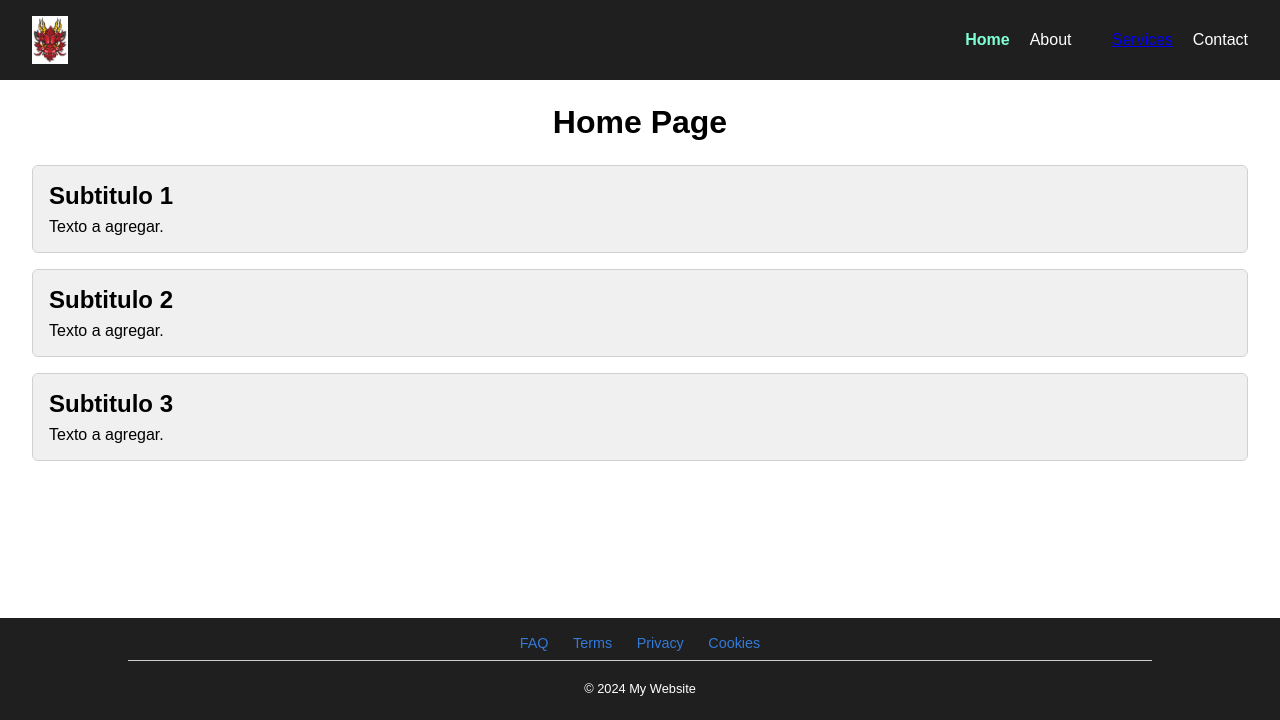
Repository: andreamm-lab/basic-navigation-example-2025-10
Page: index.html
These files come from the project's save history. The page is drawn as it stood at one moment and after the next save; the edit follows.
The browser window is 1280 px wide. The pictures show the whole page.

Above is the page before, as saved 2025-11-06 23:57:24.

### index.html
<!DOCTYPE html>
<html lang="en">
<head>
    <meta charset="UTF-8">
    <meta name="viewport" content="width=device-width, initial-scale=1.0">
    <title>Basic Nav Example</title>
    <link rel="stylesheet" href="./main.css">
</head>
<body>
    <header>
        <!-- Primary navigation -->
        <nav aria-label="Primary navigation">
            <a href="index.html">
                <img src="images/dragon.png" alt="Dragon logo">
            </a>
            <ul>
                <li><a href="index.html" class="current">Home</a></li>
                <li><a href="pages/about.html">About</a></li>
                <li id="services-li"></li>
                    <a href="pages/services.html">Services</a>
                <ul id="services menu" style="position: absolute"></ul>
                </li>
                <li><a href="pages/contact.html">Contact</a></li>
            </ul>
        </nav>
    </header>

    <main class="home-main">
        <h1 id="page-title">Home Page</h1>

        <div class="card-grid">
            <article class="card">
                <h2>Subtitulo 1</h2>
                <p>Texto a agregar.</p>
            </article>
            <article class="card">
                <h2>Subtitulo 2</h2>
                <p>Texto a agregar.</p>
            </article>
            <article class="card">
                <h2>Subtitulo 3</h2>
                <p>Texto a agregar.</p>
            </article>
        </div>
    </main>

    <!-- Footer navigation -->
    <footer id="main-footer">
        <nav aria-label="Footer navigation">
            <ul>
                <li><a href="#">FAQ</a></li>
                <li><a href="#">Terms</a></li>
                <li><a href="#">Privacy</a></li>
                <li><a href="#">Cookies</a></li>
            </ul>
        </nav>

        <hr class="footer-line">

        <p>© 2024 My Website</p>
    </footer>
</body>
</html>

### main.css
/* 0.---------------------- General Setup ---------------------- */

*  {
    Box-sizing: border-box; /* How to calculate dimensiones */
    Margin: 0; /* Distance beetween words */
    Padding: 0; /* Allow bullepoint to be visible */
}

/* All Font Page */
Body {
    Font-family: Arial, Helvetica, sans-serif;
    Background-color: #ffffff;
    Color: #000;
    Min-height: 100vh;
    Display: flex;
    Flex-direction: column;
}

Main {
    Flex: 1;
}

/* 1.---------------------- Header - Upper Menu - Encabezado ---------------------- */

/* background box and colors */
/* In Practice class: nav: means both header and footer
nav {
    padding: 10px 10px;
    min-height: 80px;
    background-color: #1F1F1F;
}
*/

/* Dimensions */
Header nav {
    Padding: 10px 32px;
    Min-height: 80px;
    Background-color: #1F1F1F;
    Display: flex; /*added*/
    Align-items: center;           /* vertical */
    Justify-content: space-between; /* separates logo and menu */
}

/* Icon - Image */
Header nav img {
    Max-height: 48px;
    Background-color: white;
    Display: inline-block;  /* added */
    Vertical-align: middle; /* added */
}

/* Top Horizontal Menu */

/* Aligning calculation*/
/* In class:
.spacer {
    display: inline-block;
    width: calc(100% - 40px - 320px);
}
*/
/* If 0 first number: result left. If 100% results right */

/* Text Relation with image */
Header nav ul {
    List-style: none;
    Display: flex;
    Gap: 20px;
}

/* Word Colors depending their status */
/* Word clicked */
Header nav ul li a {
    Text-decoration: none;
    Color: white;
}

/* Text color if we are in the current page*/
Header nav ul li a.current {
    Color: aquamarine;
    Font-weight: bold;
}

/* Mouse over the word */
Header nav ul li a:hover {
    Color: rgb(92, 229, 0);
}


/* 1.2.special part -------------------------------- Side Menu --------------------------------------------------*/

/* Side menu on Services */
.page {
    Display: flex;   /* content in columns */
    Gap: 0;
}

/* Dimensions */
.main-content {
    Width: 72%;
    Vertical-align: top;
}

/* Style */
.side-nav {
    Width: 28%;
    Background-color: #2a2a2a;
    Color: #fff;
    Margin: 0;                /* sin espacio externo */
    Padding: 0;               /* sin espacio interno general */
    Border: none;             /* sin borde */
    Box-sizing: border-box;
    Min-height: 100%;         /* ocupa todo el alto */
}

/* Title: Categories - Dimensions */
.side-nav h2 {
    Margin: 0;
    Padding: 16px 16px 8px;
    Font-size: 1.6rem;
    Font-weight: 700;
}

/* List Dimensions */
.side-nav ul {
    List-style: none;
    Margin: 0;
    Padding: 0 16px 16px;
}

.side-nav ul li {
    Margin: 0;
    Padding: 6px 0;
}

/* Colors */
.side-nav ul li a {
    Color: #4bb4ff;
    Text-decoration: none;
    Display: inline-block;
    Width: 100%;
}

.side-nav ul li a:hover {
    Text-decoration: underline;
    Background-color: #1f1f1f;
}

/* 2.---------------------- Main / Home content ---------------------- */

/* Space size */
Main {
    Display: block;
    Padding: 24px 32px;
}

Main.page {
    Padding: 0px 0px 0px 0px; /* top=0 keeps borders united with header and footer */
}

/* Title: Home Page */
#page-title {
    Font-size: 2rem;
    Text-align: center;
    Margin-bottom: 24px;
}

/* text cards */
.card-grid {
    Display: block;
}

.card {
    Background-color: #f0f0f0;
    Border: 1px solid #d0d0d0;
    Border-radius: 6px;
    Padding: 16px;
    Margin-bottom: 16px;
}

.card h2 {
    Margin-bottom: 8px;
}


/* 3.---------------------- Footer ---------------------- */
#main-footer {
    Background-color: #1F1F1F;
    Color: #ffffff;
    Text-align: center;
    Padding: 16px 0 24px;
    Margin: 0;
    Width: 100%;
}

#main-footer nav {
    Background: none;
    Padding: 0;
    Margin: 0 auto;
}

/* FAQ, Terms, etc. */
#main-footer nav ul {
    Display: inline-block;
    List-style: none;
    Margin: 0; /* Distance between FAQ text and white line */
    Padding: 0;
}

#main-footer nav ul li {
    Display: inline-block;
    Margin: 0 10px;  /*Distance between words in footer: FAQ, Terms, etc. */
}

#main-footer nav ul li a {
    Color: rgb(51, 122, 216); /* Text color */
    Text-decoration: none;
    Font-size: 0.9rem;
}

/* Line separation */
.footer-line {
    Border: none;
    Border-top: 1px solid #ccc;
    Width: 80%;
    Margin: 8px auto 12px;
}

/* Last Line Text: My Website */
#main-footer p {
    Font-size: 0.8rem;
    Margin: 0;
    Padding-top: 8px;
}

After the next save:
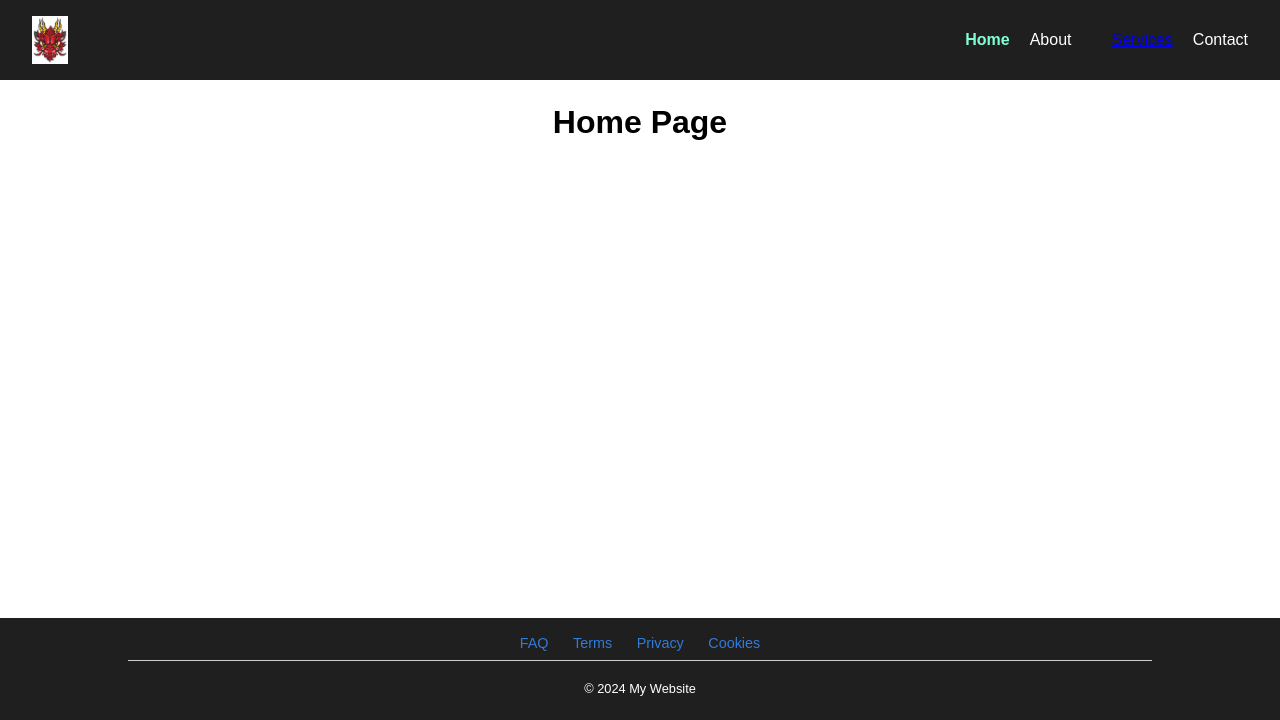
Saved 39 s later.
--- a/index.html
+++ b/index.html
@@ -28,20 +28,6 @@
     <main class="home-main">
         <h1 id="page-title">Home Page</h1>
 
-        <div class="card-grid">
-            <article class="card">
-                <h2>Subtitulo 1</h2>
-                <p>Texto a agregar.</p>
-            </article>
-            <article class="card">
-                <h2>Subtitulo 2</h2>
-                <p>Texto a agregar.</p>
-            </article>
-            <article class="card">
-                <h2>Subtitulo 3</h2>
-                <p>Texto a agregar.</p>
-            </article>
-        </div>
     </main>
 
     <!-- Footer navigation -->
